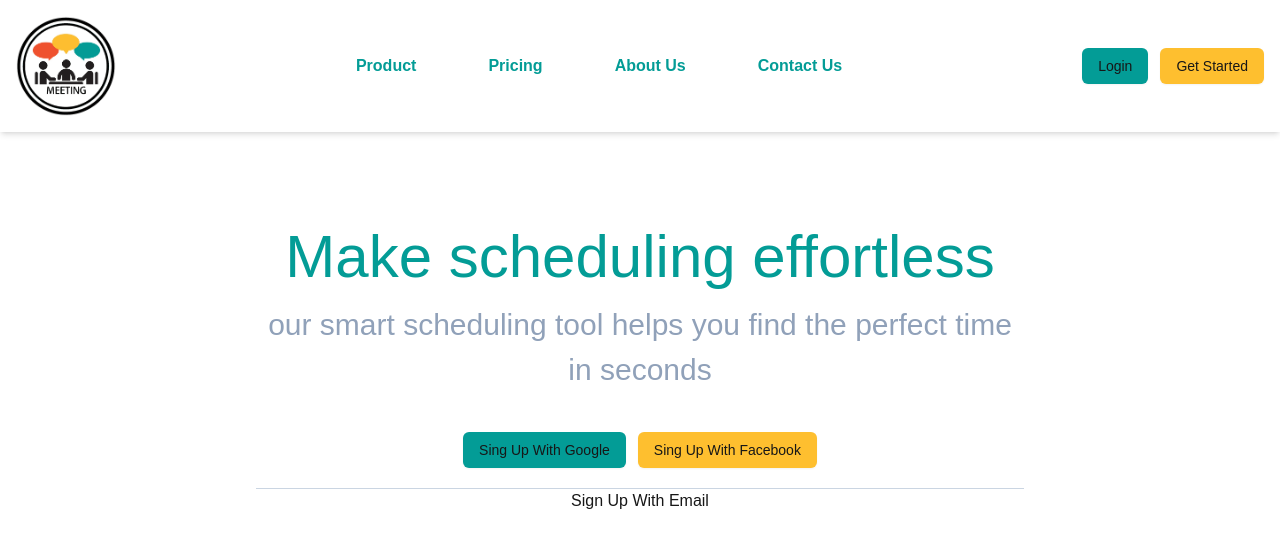
Repository: walaa-horani/scheduleMeetingNextjs
Page: /
These files come from the project's save history. The page is drawn as it stood at one moment and after the next save; the edit follows.
The browser window is 1280 px wide. The pictures show the whole page.
The project was rebuilt for these pictures with package versions that can differ from the ones it lists, and the page was loaded fresh each time. The framework's server and built-in components were replaced by stand-ins that run in the browser. Also part of the build but not shown: next.config.mjs.

Above is the page before, as saved 2025-05-21 22:34:43.

### app/page.js
import Image from "next/image";
import Header from "./_components/Header";
export default function Home() {
  return (
    <div >
      <Header/>
    </div>
  );
}

### app/_components/Header.js
import React from 'react'
import Image from 'next/image'
import { Button } from '@/components/ui/button'
import Link from 'next/link'
function Header() {
  return (
    <div>
        <div className='flex justify-between items-center p-4 shadow-md'>
            <Image className='w-[70px] md:w-[100px]' width={70} height={70} alt='logo' src="/logo.png"/>

            <ul className=' hidden text-[#039C96] font-bold  md:flex gap-14'>
                <li className= 'hover:bg-[#d0efee] transition-all duration-300 p-2 cursor-pointer'>Product</li>
                 <li className= 'hover:bg-[#d0efee] transition-all duration-300 p-2 cursor-pointer'>Pricing</li>
                  <li className= 'hover:bg-[#d0efee] transition-all duration-300 p-2 cursor-pointer'>About Us</li>
                   <li className= 'hover:bg-[#d0efee] transition-all duration-300 p-2 cursor-pointer'>Contact Us</li>
            </ul>

            <div >
                <Button className="bg-[#039C96] mr-3 cursor-pointer">Login</Button>
                 <Button className="bg-[#FEBF2F] cursor-pointer">Get Started</Button>
            </div>
        </div>

        <div className='text-center mt-20 max-w-3xl m-auto'>
          <h1 className=' text-[40px] md:text-[60px] text-[#039C96]'>Make scheduling effortless</h1>
          <h1 className='text-[30px] text-slate-400'> our smart scheduling tool helps you find the perfect time in seconds </h1>


            <div className='mt-5 p-5'>
                <Button className="bg-[#039C96] mr-3 cursor-pointer">Sing Up With Google</Button>
                 <Button className="bg-[#FEBF2F] cursor-pointer">Sing Up With Facebook</Button>
            </div>
            <hr className='text-slate-300'/>
            <h2><Link href="" className="text-primary">Sign Up With Email</Link> </h2>
        </div>
    </div>
  )
}

export default Header

### components/ui/button.jsx
import * as React from "react"
import { Slot } from "@radix-ui/react-slot"
import { cva } from "class-variance-authority";

import { cn } from "@/lib/utils"

const buttonVariants = cva(
  "inline-flex items-center justify-center gap-2 whitespace-nowrap rounded-md text-sm font-medium transition-all disabled:pointer-events-none disabled:opacity-50 [&_svg]:pointer-events-none [&_svg:not([class*='size-'])]:size-4 shrink-0 [&_svg]:shrink-0 outline-none focus-visible:border-ring focus-visible:ring-ring/50 focus-visible:ring-[3px] aria-invalid:ring-destructive/20 dark:aria-invalid:ring-destructive/40 aria-invalid:border-destructive",
  {
    variants: {
      variant: {
        default:
          "bg-[#039C96] text-primary-foreground shadow-xs hover:bg-primary/90",
        destructive:
          "bg-destructive text-white shadow-xs hover:bg-destructive/90 focus-visible:ring-destructive/20 dark:focus-visible:ring-destructive/40 dark:bg-destructive/60",
        outline:
          "border bg-background shadow-xs hover:bg-accent hover:text-accent-foreground dark:bg-input/30 dark:border-input dark:hover:bg-input/50",
        secondary:
          "bg-secondary text-secondary-foreground shadow-xs hover:bg-secondary/80",
        ghost:
          "hover:bg-accent hover:text-accent-foreground dark:hover:bg-accent/50",
        link: "text-primary underline-offset-4 hover:underline",
      },
      size: {
        default: "h-9 px-4 py-2 has-[>svg]:px-3",
        sm: "h-8 rounded-md gap-1.5 px-3 has-[>svg]:px-2.5",
        lg: "h-10 rounded-md px-6 has-[>svg]:px-4",
        icon: "size-9",
      },
    },
    defaultVariants: {
      variant: "default",
      size: "default",
    },
  }
)

function Button({
  className,
  variant,
  size,
  asChild = false,
  ...props
}) {
  const Comp = asChild ? Slot : "button"

  return (
    <Comp
      data-slot="button"
      className={cn(buttonVariants({ variant, size, className }))}
      {...props} />
  );
}

export { Button, buttonVariants }

Loaded but not shown: app/layout.js (common file); app/globals.css (common file); lib/utils.js (common file)

After the next save:
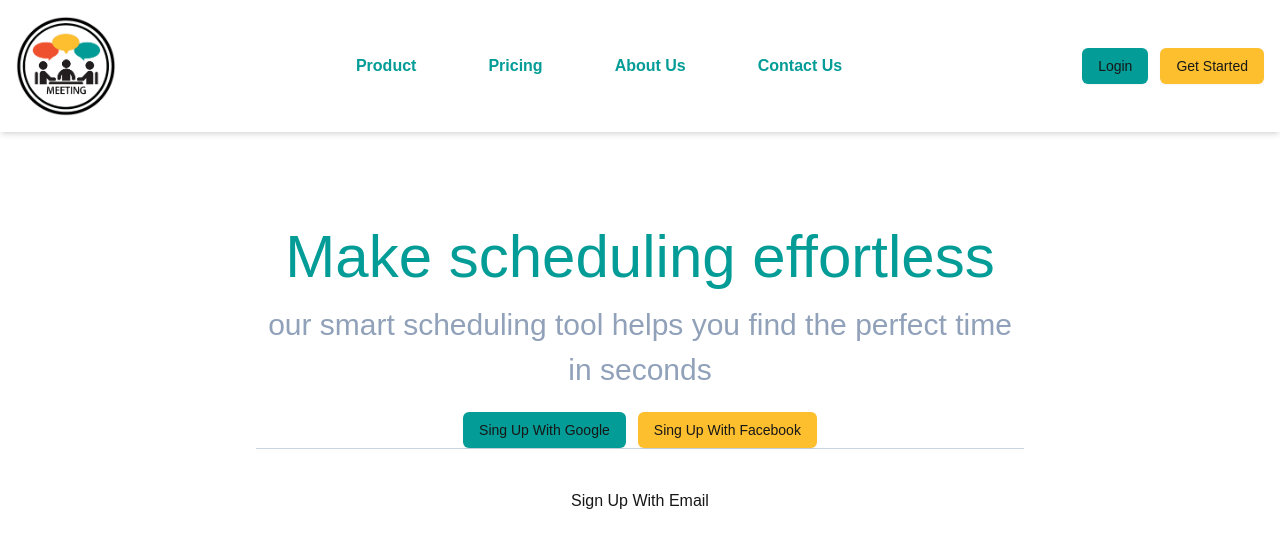
Saved 19 s later.
--- a/app/_components/Header.js
+++ b/app/_components/Header.js
@@ -26,11 +26,11 @@
           <h1 className='text-[30px] text-slate-400'> our smart scheduling tool helps you find the perfect time in seconds </h1>
 
 
-            <div className='mt-5 p-5'>
+            <div className='mt-5 '>
                 <Button className="bg-[#039C96] mr-3 cursor-pointer">Sing Up With Google</Button>
                  <Button className="bg-[#FEBF2F] cursor-pointer">Sing Up With Facebook</Button>
             </div>
-            <hr className='text-slate-300'/>
+            <hr className= 'p-5 text-slate-300' />
             <h2><Link href="" className="text-primary">Sign Up With Email</Link> </h2>
         </div>
     </div>
